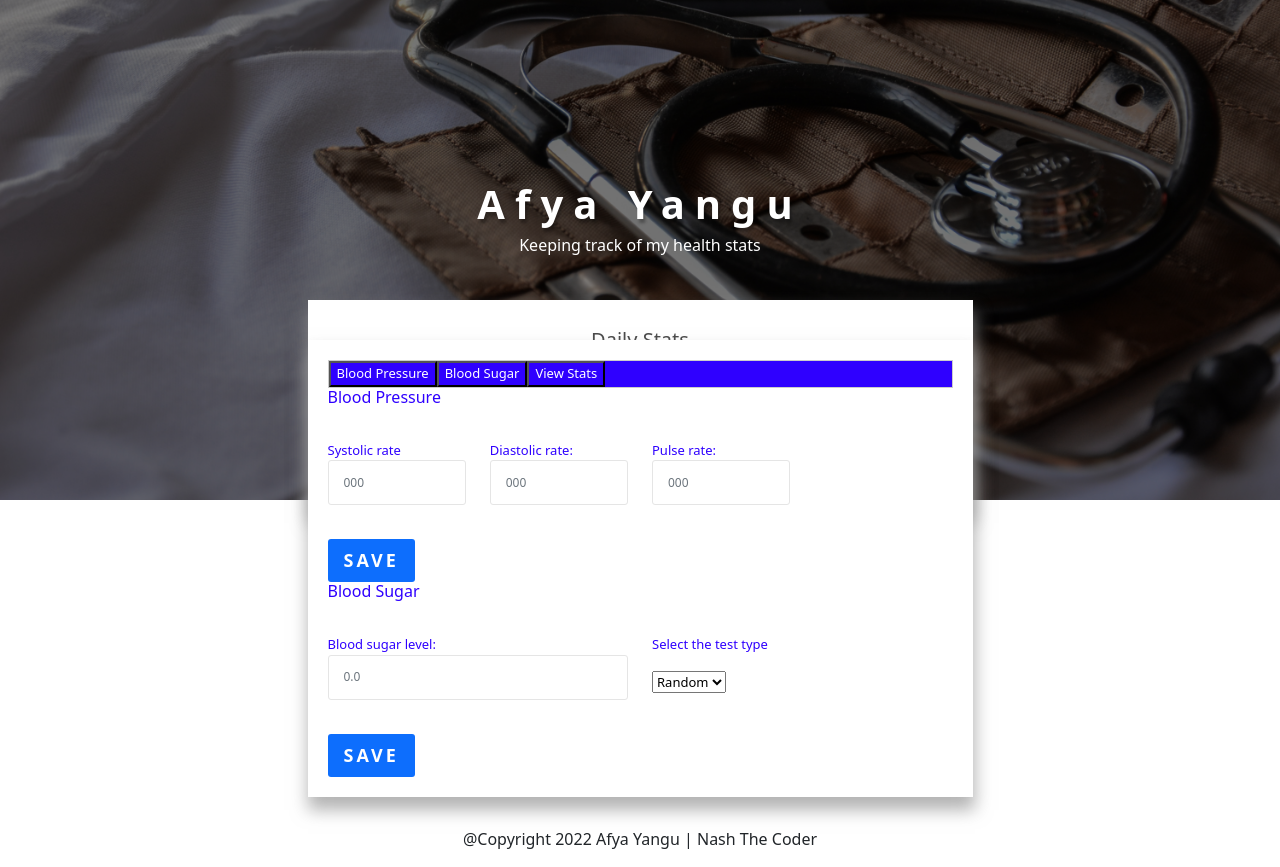
Repository: nashthecoder/afya_yangu
Page: / (app in client/)
These files come from the project's save history. The page is drawn as it stood at one moment and after the next save; the edit follows.
The browser window is 1280 px wide. The pictures show the whole page.
The project was rebuilt for these pictures with package versions that can differ from the ones it lists, and the page was loaded fresh each time.

Above is the page before, as saved 2022-03-17 09:07:19.

### client/public/index.html
<!DOCTYPE html>
<html lang="en">
  <head>
    <meta charset="utf-8" />
    <link rel="icon" href="%PUBLIC_URL%/favicon.ico" />
    <meta name="viewport" content="width=device-width, initial-scale=1" />
    <meta name="theme-color" content="#000000" />
    <meta
      name="description"
      content="Web site created using create-react-app"
    />
    <link rel="apple-touch-icon" href="%PUBLIC_URL%/logo192.png" />
    <!--
      manifest.json provides metadata used when your web app is installed on a
      user's mobile device or desktop. See https://developers.google.com/web/fundamentals/web-app-manifest/
    -->
    <link rel="manifest" href="%PUBLIC_URL%/manifest.json" />
    <!--
      Notice the use of %PUBLIC_URL% in the tags above.
      It will be replaced with the URL of the `public` folder during the build.
      Only files inside the `public` folder can be referenced from the HTML.

      Unlike "/favicon.ico" or "favicon.ico", "%PUBLIC_URL%/favicon.ico" will
      work correctly both with client-side routing and a non-root public URL.
      Learn how to configure a non-root public URL by running `npm run build`.
    -->
    <title>Afya Yangu</title>
  </head>
  <body>
    <noscript>You need to enable JavaScript to run this app.</noscript>
    <div id="root"></div>
    <!--
      This HTML file is a template.
      If you open it directly in the browser, you will see an empty page.

      You can add webfonts, meta tags, or analytics to this file.
      The build step will place the bundled scripts into the <body> tag.

      To begin the development, run `npm start` or `yarn start`.
      To create a production bundle, use `npm run build` or `yarn build`.
    -->
  </body>
</html>

### client/src/index.js
import React from 'react';
import ReactDOM from 'react-dom';
import App from './App';
import reportWebVitals from './reportWebVitals';
import '../src/style.scss';

ReactDOM.render(
  <React.StrictMode>
    <App />
  </React.StrictMode>,
  document.getElementById('root')
);

// If you want to start measuring performance in your app, pass a function
// to log results (for example: reportWebVitals(console.log))
// or send to an analytics endpoint. Learn more: https://bit.ly/CRA-vitals
reportWebVitals();

### client/src/App.js
import React from 'react'
import Banner from './components/Banner'
import Header from './components/Header'
import Form from './components/Form'
import Footer from './components/Footer'
function App() {
  return (
    <div className="App">
      <Banner />
      <Header />
      <Form />
      <Footer />
    </div>
  );
}

export default App;

### client/src/style.scss
@import '../node_modules/bootstrap/scss/bootstrap.scss';
/*********************************************/
/*             GENERAL CSS              */
/*********************************************/

body {
    width: 100%;
    position: relative;
}

p.main-form-text {
    font-size: 20px !important;
    font-weight: 500;
    color: #494949;
}

h3 {
    font-size: 40px;
    letter-spacing: 10px;
    font-weight: bold;
}

h4 {
    font-size: 16px;
}

img {
    width: 100%;
    height: 100%;
}

form {
    position: relative;
}

/*********************************************/
/*              UTILITY CSS             */
/*********************************************/

input,
input.form-control {
    color: #222;
    font-size: 12px;
    background: $white;
    padding: 0 15px;
    width: 100%;
    height: 45px;
    line-height: 46px;
    outline: none;
    border: 1px solid #e5e5e5;
    border-radius: 3px;
    box-shadow: none;
    transition: all 0.3s;
}

.btn-primary {
    font-weight: 600;
    font-size: 18px;
    cursor: pointer;
    display: inline-block;
    text-transform: uppercase;
    border: none;
    color: $white;
    border-radius: 3px;
    transition: all 0.3s;
    letter-spacing: 3px;
}

.btn-primary:hover,
.btn-primary:focus {
    background-color: #2b2b2b;
}

.banner {
    background-image: url("./images/bg.jpg");
    min-height: 500px;
    padding: 40px 0px;
    position: relative;
    background-position: center center;
    background-size: cover;
    background-repeat: no-repeat;
}

.banner::before {
    content: "";
    width: 100%;
    height: 100%;
    opacity: 0.5;
    background-color: #000;
    position: absolute;
    top: 0;
}

.brand {
    text-shadow: 2px 4px 3px rgba(0, 0, 0, 0.3);
}

.caption-text {
    margin-top: 130px;
    color: $white;
    position: relative;
}

/*********************************************/
/*              BANNER CSS              */
/*********************************************/

.banner {
    background-image: url("./images/bg.jpg");
    min-height: 500px;
    padding: 40px 0px;
    position: relative;
    background-position: center center;
    background-size: cover;
    background-repeat: no-repeat;
}

.banner::before {
    content: "";
    width: 100%;
    height: 100%;
    opacity: 0.5;
    background-color: #000;
    position: absolute;
    top: 0;
}

.brand {
    text-shadow: 2px 4px 3px rgba(0, 0, 0, 0.3);
}

.caption-text {
    margin-top: 130px;
    color: $white;
    position: relative;
}

/*********************************************/
/*              FORM CSS                "/
/*********************************************/

.form-box #box-title {
    position: relative;
    padding: 10px;
    text-align: center;
}

.form-box #box-title p {
    margin-bottom: 0;
    font-size: 14px;
}

.fill-form {
    position: relative;
    margin: -210px auto 0px auto;
    box-shadow: 1px 12px 16px 1px rgba(153, 153, 153, 0.75);
    -webkit-box-shadow: 1px 12px 16px 1px rgba(153, 153, 153, 0.75);
    -moz-box-shadow: 1px 12px 16px 1px rgba(153, 153, 153, 0.75);
}

.fill-form .form-box__content {
    padding: 20px;
    margin-bottom: 30px;
    background-color: $white;
}

.row {
    padding-top: 10px;
    color: rgb(47, 0, 255);
    font-size: small;
}

.radio-button {
    font: 1rem 'Fira Sans', sans-serif;
}

.radio-button input {
    margin: .4rem;
}


/*********************************************/
/*              TAB CSS                  "/
/*********************************************/
.tab {
    overflow:hidden;
    border: 1px solid #ccc;
    background-color: rgb(47, 0, 255);
}

.tab button {
    background-color: inherit;
    color: #fff;
}

.tabcontent {
    display: none;
    padding: 6px 12px;
    border: 1px solid #ccc;
    border-top: none;
}
/*********************************************/
/*               FOOTER CSS                  "/
/*********************************************/

footer p {
    margin: 55px 0px 60px 0px;
    padding-top: 20px;
    font-size: 17px;
    font-weight: 600;
    color: transparent;
    -webkit-background-clip: text;
    -moz-background-clip: text;
    background-clip: text;
}


/*********************************************/
/*              MEDIA QUERIES CSS           "/
/*********************************************/

@media only screen and (min-width: 994px) and (max-width: 1398px) and (-webkit-min-device-pixel-ratio: 1) {
    .form-box #box-title {
        padding: 5px 20px 20px 20px;
    }
}

@media only screen and (min-width: 767px) and (max-width: 1196px) and (-webkit-min-device-pixel-ratio: 1) {
    .form-box #box-title {
        padding: 0px;
    }
    .fill-form .form-box__content {
        padding: 50px 50px 60px 50px;
    }
}

@media only screen and (min-width: 500px) and (max-width: 766px) and (-webkit-min-device-pixel-ratio: 1) {
    .form-box #box-title {
        padding: 0px;
    }
    .fill-form .form-box__content {
        padding: 50px 50px 60px 50px;
    }
    h3.brand {
        font-size: 30px;
    }
    .caption-text h4 {
        font-size: 14px;
    }
    .caption-text {
        margin-top: 110px;
    }
    footer {
        margin-bottom: 30px;
    }
    .form-box__img {
        display: none;
    }
}

@media only screen and (min-width: 360px) and (max-width: 499px) and (-webkit-min-device-pixel-ratio: 1) {
    .caption-text {
        margin-top: 30px;
    }
    h3.brand {
        font-size: 19px;
    }
    .banner {
        min-height: 400px;
    }
    .form-box__img {
        display: none;
    }
    footer {
        margin-bottom: 10px;
    }
}

@media only screen and (max-width: 359px) {
    .caption-text {
        margin-top: 30px;
    }
    h3.brand {
        font-size: 17px;
    }
    .caption-text h4 {
        font-size: 12px;
    }
    .banner {
        min-height: 400px;
    }
    .form-box__img {
        display: none;
    }
    .form-box #box-title {
        padding: 0px 30px 30px;
    }
}

### client/src/components/Banner.js
import React from 'react'

const Banner = () => {
    return (
        <>
        <header>
            <div className="banner">
                <div className="container">
                    <div className="row">
                        <div className="col-lg-9 offset-lg-3 mx-auto">
                            <div className="caption-text text-center">
                                <h3 className="brand">Afya Yangu</h3>
                                <h4> Keeping track of my health stats</h4>
                            </div>
                        </div>
                    </div>
                </div>
            </div>
        </header>
        </>
    )
}

export default Banner

### client/src/components/Header.js
import React from 'react'

const Header = () => {
    return (
        <>
        <section>
            <div className="container">
                <div className="row">
                <div className="col-lg-7 offset-lg-2 g-0 mx-auto">
                    <div className="fill-form form-box">
                            <div className="form-box__content">
                            <div id="box-title">
                                <p className="main-form-text">Daily Stats</p>
                            </div>
                            <div className="top-container row-cols-2">
                                <label for="date">Date:</label>
                                <input className="col-3 mt-3" type="date" id="date" name="date" />
                            <label for="test">Select a time:</label>
                                    <select className="col-3 mt-3 p-2"type="time" id="test" name="test">
                                        <option selected>Morning</option>
                                        <option>Evening</option>
                                    </select>
                                </div>
                            </div>
                        </div>
                    </div>
                </div>
                </div>
        </section>
        </>
    )
}

export default Header

### client/src/components/Form.js
import React from 'react';
import Tab1 from './Tab1';
import Tab2 from './Tab2';


const Form = () => {
    return (
        <>
        <section>
            <div className="container">
                <div className="row">
                <div className="col-lg-7 offset-lg-2 g-0 mx-auto">
                    <div className="fill-form form-box">
                            <div className="form-box__content">
                                <div className="tab">
                                    <button className="tablinks">Blood Pressure</button>
                                    <button className="tablinks">Blood Sugar</button>
                                    <button className="tablinks">View Stats</button>
                                </div>
                                < Tab1 />
                                < Tab2 />
                            </div>
                        </div>
                    </div>
                </div>
                </div>
        </section>
        </>
    )
}

export default Form

### client/src/components/Footer.js
import React from 'react'

const Footer = () => {
    return (
        <>
        <div>
            <p className="footer text-center">@Copyright 2022 Afya Yangu | Nash The Coder</p>
        </div>
        </>
    )
}

export default Footer

### client/src/components/Tab1.js
import React from 'react'

const Tab1 = () => {
    return (
        <>
            <form>
            <h4>Blood Pressure</h4>
                <div class="row row-cols-3">
                    <div className="col-3 mt-3">
                        <label for="systolic-number">Systolic rate</label>
                            <input
                                class="form-control"
                                id="systolic-number"
                                name="systolic-number"
                                placeholder='000'
                                type="number"
                            />
                                </div>
                    <div className="col-3 mt-3">
                        <label for="diastolic-number">Diastolic rate:</label>
                            <input
                                className="form-control"
                                id="diastolic-number"
                                name="diastolic-number"
                                placeholder='000'
                                type="number"
                            />
                    </div>
                    <div className="col-3 mt-3">
                        <label for="pulse-rate">Pulse rate:</label>
                            <input
                                className="form-control"
                                id="pulse-rate"
                                name="pulse-rate"
                                placeholder='000'
                                type="number"
                            />
                        </div>
                </div>
                    <div className="d-grid mt-4">
                        <div class="container">
                            <div class="row">
                                <div class="col">
                                    <button class="btn btn-primary btn-lg" type="submit" value="save">
                                        Save
                                    </button>
                                </div>
                            </div>
                        </div>
                    </div>
            </form>
        </>
    )
}

export default Tab1

### client/src/components/Tab2.js
import React from 'react'

const Tab2 = () => {
    return (
        <>
            <h4>Blood Sugar</h4>
            <form>
                <div class="row row-cols-2">
                    <div className=" col-6 mt-3">
                        <label for="bloodSugar-level">Blood sugar level:</label>
                            <input
                                class="form-control"
                                id="bloodSugar-level"
                                name="bloodSugar-level"
                                type="number"
                                step='0.1'
                                placeholder='0.0'
                            />
                    </div>
                    <div className="mt-3">
                        <p>Select the test type</p>
                            <select id="simple" name="simple">
                                <option selected>Random</option>
                                <option>Fasted</option>
                            </select>
                    </div>
                </div>
                    <div className="d-grid mt-4">
                        <div class="container">
                            <div class="row">
                                <div class="col">
                                    <button class="btn btn-primary btn-lg" type="submit" value="save">
                                        Save
                                    </button>
                                </div>
                            </div>
                        </div>
                </div>
            </form>
        </>
    )
}

export default Tab2

Loaded but not shown: client/src/reportWebVitals.js (common file)

After the next save:
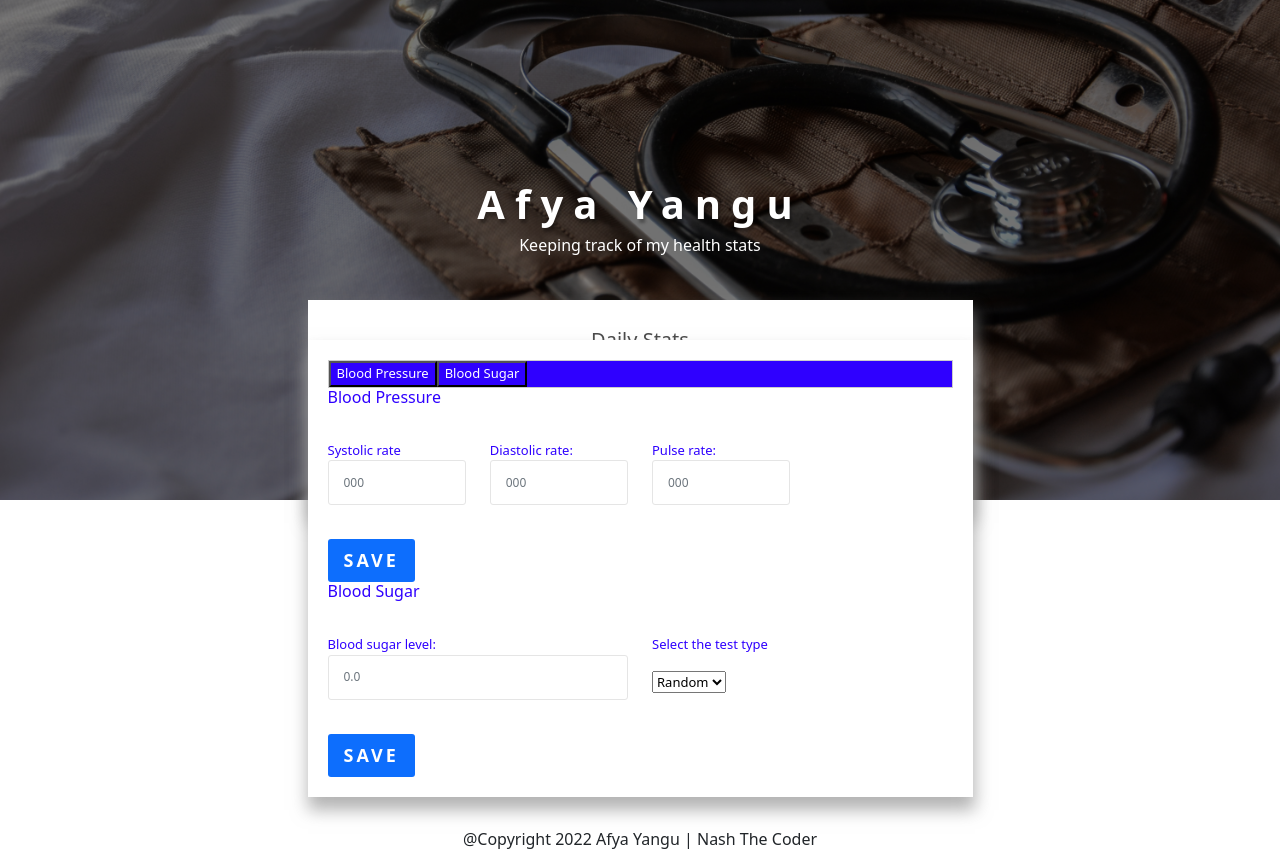
Saved 99 s later.
--- a/client/src/components/Form.js
+++ b/client/src/components/Form.js
@@ -15,7 +15,7 @@ const Form = () => {
                                 <div className="tab">
                                     <button className="tablinks">Blood Pressure</button>
                                     <button className="tablinks">Blood Sugar</button>
-                                    <button className="tablinks">View Stats</button>
+                                    {/* <button className="tablinks">View Stats</button> */}
                                 </div>
                                 < Tab1 />
                                 < Tab2 />
